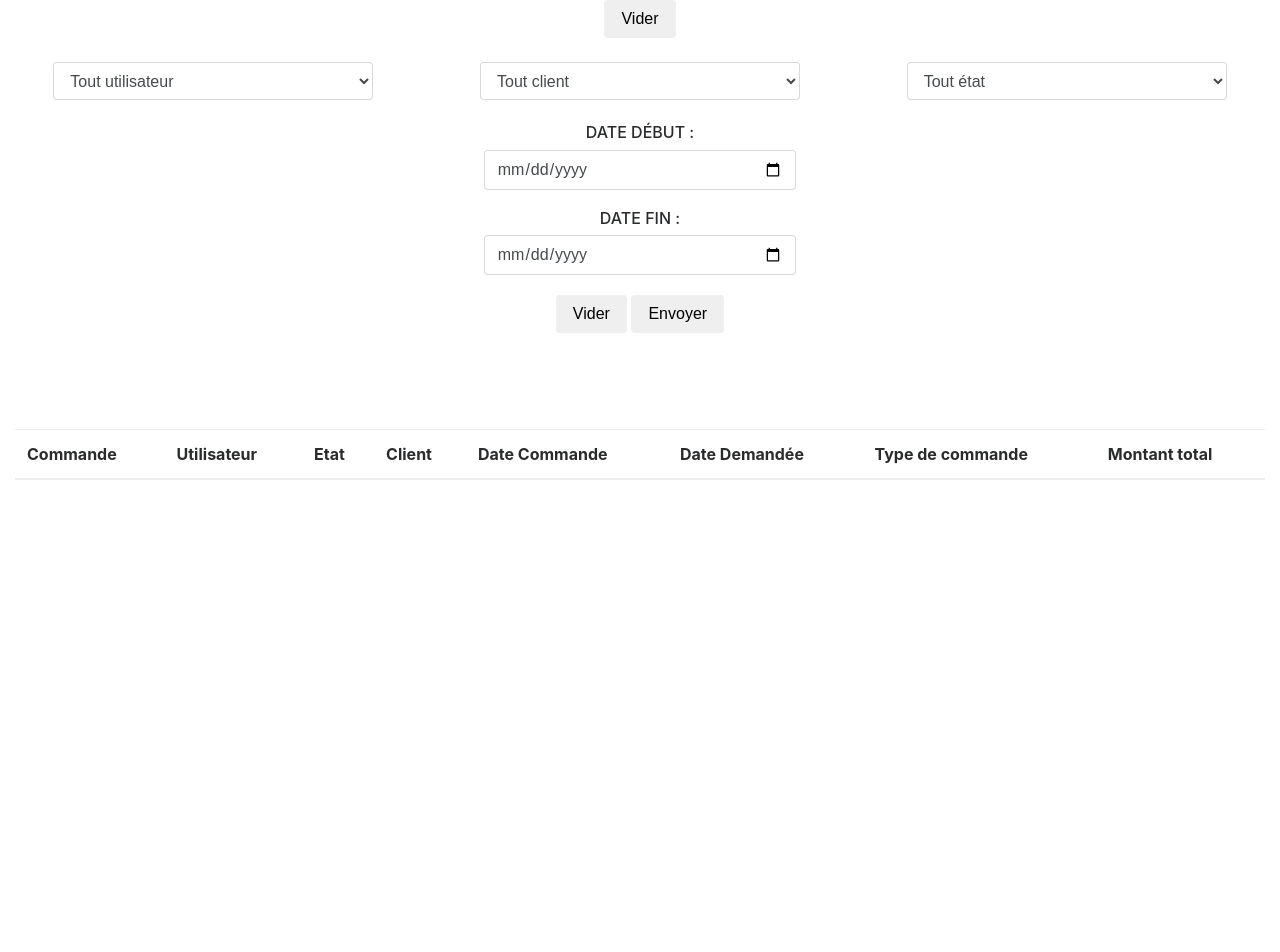
Repository: vmele/Cote
Page: http://localhost/PPE4_VMELE/reporting.jsp
These files come from the project's save history. The page is drawn as it stood at one moment and after the next save; the edit follows.
The browser window is 1280 px wide. The pictures show the whole page.
Some web libraries are served in a nearby version. The page is served by Tomcat 9. Queries for data that is not in the repository find no rows.

Above is the page before, as saved 2017-06-06 12:21:19.
Console error (its wording comes from the project's code and is left out).

After the next save:
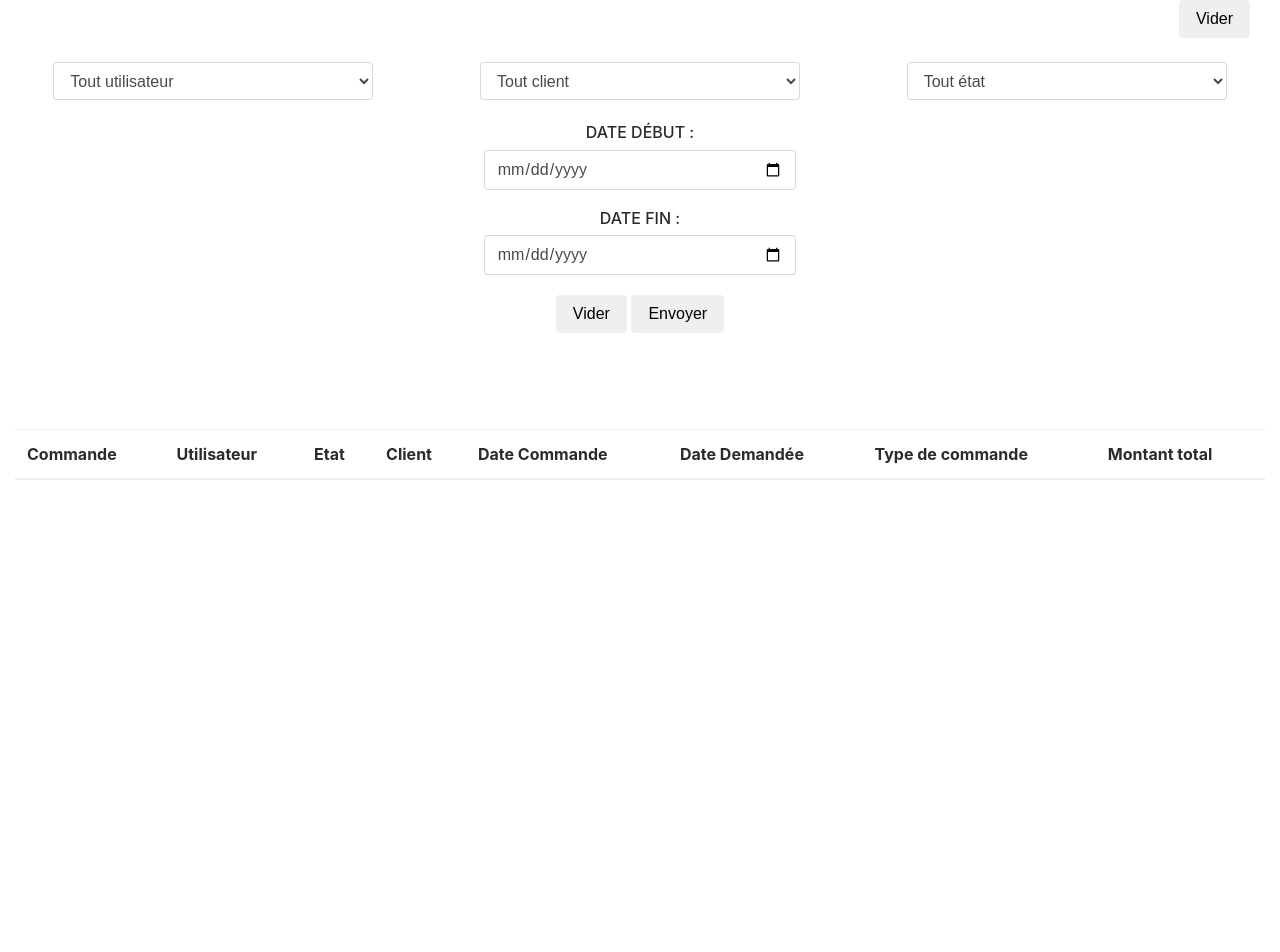
Saved 9 s later.
--- a/Workspace/PPE4_VMELE/WebContent/reporting.jsp
+++ b/Workspace/PPE4_VMELE/WebContent/reporting.jsp
@@ -35,10 +35,9 @@
 
 	<div class="container-fluid">
 
-		<div class="col-md-12  text-center">
+		<div class="col-md-12  text-right">
 			<button id="searchListe" onclick="viderInfos()" type="button"
 				class="btn">Vider</button>
-
 		</div>
 
 		<br>
